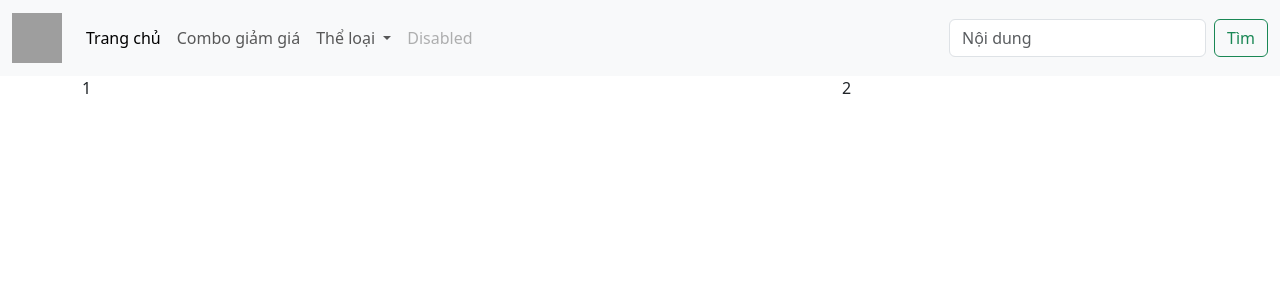
Repository: Vanh260703/Java-Servlet
Page: Bai4_Boostrap/src/main/webapp/index.html
An editor plug-in stored every save of this project. The page is shown before and after the next save, followed by the edit.
The browser window is 1280 px wide. The pictures show the whole page.
Pictures or frames that could not be fetched are drawn as grey boxes.

Above is the page before, as saved 2025-03-01 14:07:08.

### Bai4_Boostrap/src/main/webapp/index.html
<!DOCTYPE html>
<html>

<head>
	<meta charset="UTF-8">
	<title>Ví dụ Boostrap</title>
	<link href="https://cdn.jsdelivr.net/npm/bootstrap@5.3.3/dist/css/bootstrap.min.css" rel="stylesheet"
		integrity="sha384-QWTKZyjpPEjISv5WaRU9OFeRpok6YctnYmDr5pNlyT2bRjXh0JMhjY6hW+ALEwIH" crossorigin="anonymous">
	<script src="https://cdn.jsdelivr.net/npm/@popperjs/core@2.11.8/dist/umd/popper.min.js"
		integrity="sha384-I7E8VVD/ismYTF4hNIPjVp/Zjvgyol6VFvRkX/vR+Vc4jQkC+hVqc2pM8ODewa9r"
		crossorigin="anonymous"></script>
	<script src="https://cdn.jsdelivr.net/npm/bootstrap@5.3.3/dist/js/bootstrap.min.js"
		integrity="sha384-0pUGZvbkm6XF6gxjEnlmuGrJXVbNuzT9qBBavbLwCsOGabYfZo0T0to5eqruptLy"
		crossorigin="anonymous"></script>
</head>

<body>
	<!--Navbar-->
	<nav class="navbar navbar-expand-lg bg-body-tertiary">
		<div class="container-fluid">
			<a class="navbar-brand" href="#">
      <img src="https://www.saokim.com.vn/blog/wp-content/uploads/2022/04/logo-moi-cua-starbucks.jpg.webp" alt="Bootstrap" width="50" height="50">
    </a>
			<button class="navbar-toggler" type="button" data-bs-toggle="collapse"
				data-bs-target="#navbarSupportedContent" aria-controls="navbarSupportedContent" aria-expanded="false"
				aria-label="Toggle navigation">
				<span class="navbar-toggler-icon"></span>
			</button>
			<div class="collapse navbar-collapse" id="navbarSupportedContent">
				<ul class="navbar-nav me-auto mb-2 mb-lg-0">
					<li class="nav-item">
						<a class="nav-link active" aria-current="page" href="#">Trang chủ</a>
					</li>
					<li class="nav-item">
						<a class="nav-link" href="#">Combo giảm giá</a>
					</li>
					<li class="nav-item dropdown">
						<a class="nav-link dropdown-toggle" href="#" role="button" data-bs-toggle="dropdown"
							aria-expanded="false">
							Thể loại
						</a>
						<ul class="dropdown-menu">
							<li><a class="dropdown-item" href="#">Quần Jean</a></li>
							<li><a class="dropdown-item" href="#">Áo thun</a></li>
							<li>
								<hr class="dropdown-divider">
							</li>
							<li><a class="dropdown-item" href="#">Áo sơ mi</a></li>
						</ul>
					</li>
					<li class="nav-item">
						<a class="nav-link disabled" aria-disabled="true">Disabled</a>
					</li>
				</ul>
				<form class="d-flex" role="search">
					<input class="form-control me-2" type="search" placeholder="Nội dung" aria-label="Search">
					<button class="btn btn-outline-success" type="submit">Tìm</button>
				</form>
			</div>
		</div>
	</nav>
	<!-- End Navbar -->

	<!-- Page content -->
	<div class = "container">
		<div class = "row">
			<div class = "col-8">1</div>
			<div class = "col-4">2</div>
		</div>
	</div>
	<!--  End Page content -->

</body>

</html>

After the next save:
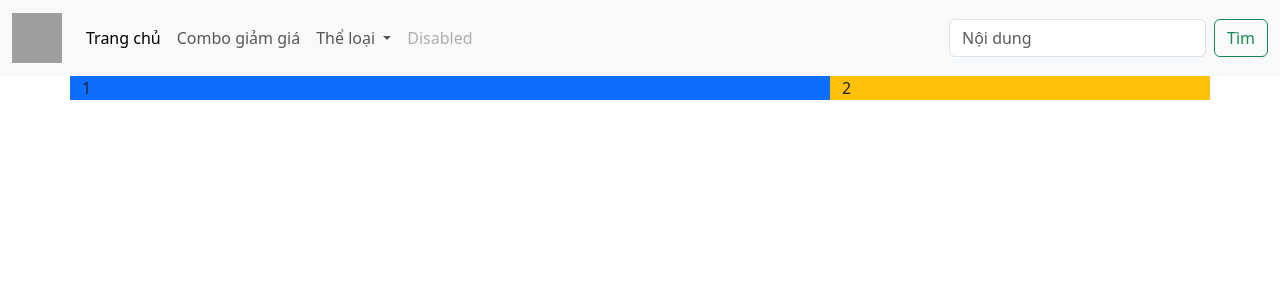
Saved 44 s later.
--- a/Bai4_Boostrap/src/main/webapp/index.html
+++ b/Bai4_Boostrap/src/main/webapp/index.html
@@ -64,8 +64,8 @@
 	<!-- Page content -->
 	<div class = "container">
 		<div class = "row">
-			<div class = "col-8">1</div>
-			<div class = "col-4">2</div>
+			<div class = "col-8 bg-primary" >1</div>
+			<div class = "col-4 bg-warning">2</div>
 		</div>
 	</div>
 	<!--  End Page content -->
